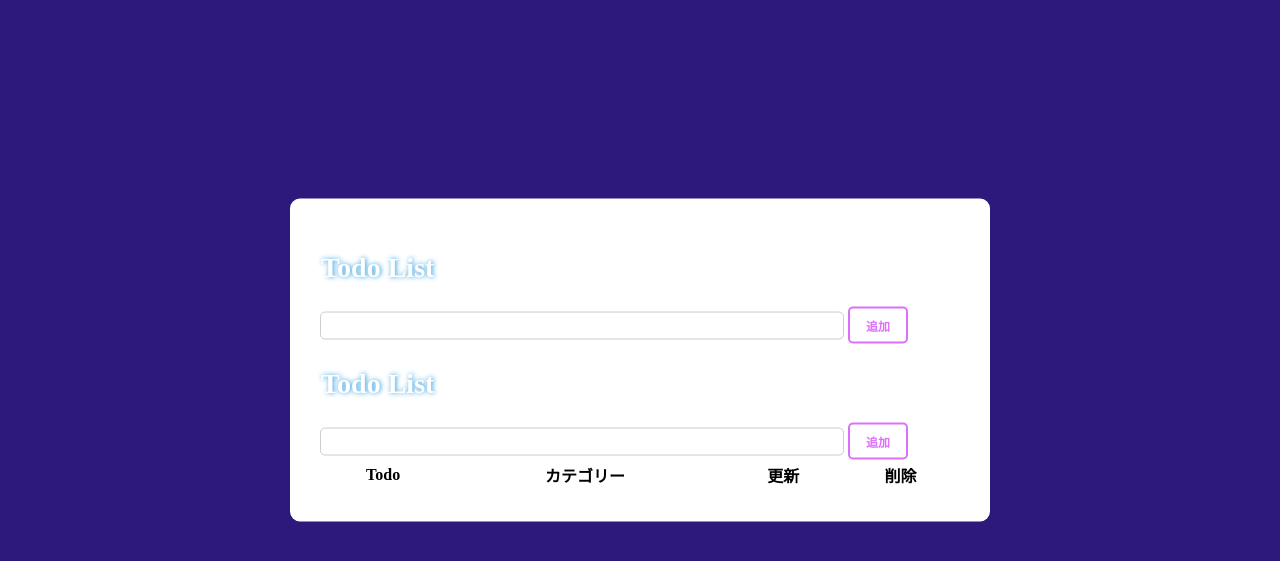
Repository: azuma2/cate
Page: http://localhost/
An editor plug-in stored every save of this project. The page is shown before and after the next save, followed by the edit.
The browser window is 1280 px wide. The pictures show the whole page.
The page is served by the project's Laravel application, run on PHP 8.4 with Laravel 8. Other server files are loaded and not shown. Queries for data that is not in the repository find no rows.

Above is the page before, as saved 2022-05-07 20:52:09.

### routes/web.php
<?php

use Illuminate\Support\Facades\Route;
use App\Http\Controllers\TodoController;
use App\Http\Controllers\CateController;


Route::get('/', [TodoController::class, 'index']);
Route::post('/todo/create', [TodoController::class, 'create']);
Route::post('/todo/update', [TodoController::class, 'update']);
Route::post('/todo/delete', [TodoController::class, 'remove']);
Route::post('/todo/search', [TodoController::class, 'search']);
Route::post('/cate/create', [CateController::class, 'post']);
Route::post('/cate/update', [CateController::class, 'update']);
Route::post('/cate/delete', [CateController::class, 'remove']);
Route::post('/cate/search', [CateController::class, 'search']);

### app/Http/Controllers/TodoController.php
<?php

namespace App\Http\Controllers;

use App\Models\Todo;
use App\Models\Cate;
use Illuminate\Http\Request;
use Illuminate\Support\Facades\DB;

class TodoController extends Controller
{
    public function index()
    {
        $items = Todo::all();
        $items = DB::select('select * from todos');

        return view('index', ['items' => $items]);
    }

    public function create(Request $request)
    {
        $param = ['content' => $request->content,];
        $this->validate($request, Todo::$rules);

        DB::insert('insert into todos (content) values (:content)', $param);
        return redirect('/');
    }

    public function update(Request $request)
    {
         $param = [
            'id' => $request->id,
            'content' => $request->content,

        ];
        $this->validate($request, Todo::$rules);
        DB::update('update todos set content =:content where id =:id', $param);
        return redirect('/');
    }

    public function remove(Request $request)
    {
        $param = ['id' => $request->id];
        DB::delete('delete from todos where id =:id', $param);
        return redirect('/');
    }

}

### app/Models/todo.php
<?php


namespace App\Models;

use Illuminate\Database\Eloquent\Factories\HasFactory;
use Illuminate\Database\Eloquent\Model;
use App\Models\Cate;

class Todo extends Model
{
    use HasFactory;

    protected $fillable = ['cate_id', 'content'];

    public static $rules = array(
        'cate_id' => 'text',
        'content' => 'required|max:20',
    );

    public function cate(){
        return $this->belongsTo('App\Models\cate');
    }


}

### resources/views/index.blade.php
<!DOCTYPE html>
<html lang="ja">
<head>
    <meta charset="UTF-8">
    <meta http-equiv="X-UA-Compatible" content="IE=edge">
    <meta name="viewport" content="width=device-width, initial-scale=1.0">
    <link rel="stylesheet" href="{{ asset('\resources\views\layouts\reset.css') }}" >
    <title>@yield('title')</title>
    <style>
    body {
      font-size:16px;
      margin: 5px;
      background-color: #2d197c;
    }

    td {
      padding: 5px 10px;
      text-align: center;
    }

    .narabe{
      display:flex;
        flex-flow: column;
    }

    .button {
    text-align: left;
    border: 2px solid #dc70fa;
    font-size: 12px;
    color: #dc70fa;
    background-color: #fff;
    font-weight: bold;
    padding: 8px 16px;
    border-radius: 5px;
    cursor: pointer;
    transition: 0.4s;
    outline: none;
}
.input-add {
    width: 80%;
    padding: 5px;
    border-radius: 5px;
    border: 1px solid #ccc;
    appearance: none;
    font-size: 14px;
    outline: none;
}
.input-update {
    width: 90%;
    padding: 5px;
    border-radius: 5px;
    border: 1px solid #ccc;
    appearance: none;
    font-size: 14px;
    outline: none;
}
    .card {
    background-color: #fff;
    width: 50vw;
    padding: 30px;
    position: absolute;
    top: 50%;
    left: 50%;
    transform: translate(-50%, -50%);
    border-radius: 10px;
}
    h2 {
      font-size:28px;
      color:white;
      text-shadow:1px 0 5px #289ADC;
      margin-left: 1px
    }
    .content {
      margin:10px;
    }
    </style>
  </head>
  <body>
  <div class="container">
    <div class="card">
      <h2 class="title">Todo List</h2>
            <div class="todo">
              @if ($errors->has('content'))
                  <tr>
                    <th>ERROR</th>
                  <td>
                  {{$errors->first('content')}}
                </td>
            </tr>
          @endif
        <form action="/todo/create" method="post">
            @csrf
          <input type="text" class="input-add" name="content" />
          <input class="button" type="submit" value="追加" />
        </form>
      <h2 class="title">Todo List</h2>
            <div class="todo">
              @if ($errors->has('content'))
                  <tr>
                    <th>ERROR</th>
                  <td>
                  {{$errors->first('content')}}
                </td>
            </tr>
          @endif
        <form action="/todo/create" method="post">
            @csrf
          <input type="text" class="input-add" name="content" />
          <input class="button" type="submit" value="追加" />
        </form>
          <div class="narabe">
        <table>
            @csrf
          <tr>
            <th>Todo</th>
            <th>カテゴリー</th>
            <th>更新</th>
            <th>削除</th>
          </tr>

                    <tr>
            @foreach ($items as $item)

            <td>

            </td>

            <form action="/todo/update" method="post">
              @csrf
              <td>
                <input type="text" class="input-update" value="{{$item->content}}" name="content" />
              </td>
              <td>
                <input type="hidden"  name="id" value="{{$item->id}}">
                <input class="button" type="submit" value="更新" >
              </td>
            </form>
            <td>
              <form action="/todo/delete" method="post" >
                    @csrf
                <input  type="hidden" name="id" value="{{$item->id}}" >
                <input class="button" type="submit" value="削除" >
              </form>
            </td>
            </div>
          </tr>
          @endforeach
                  </table>
      </div>
    </div>
  </div>
  </div>

</body>
</html>

### resources/views/reset.css
/*
html5doctor.com Reset Stylesheet
v1.6.1
Last Updated: 2010-09-17
Todo: Richard Clark - http://richclarkdesign.com
Twitter: @rich_clark
*/

html, body, div, span, object, iframe,
h1, h2, h3, h4, h5, h6, p, blockquote, pre,
abbr, address, cite, code,
del, dfn, em, img, ins, kbd, q, samp,
small, strong, sub, sup, var,
b, i,
dl, dt, dd, ol, ul, li,
fieldset, form, label, legend,
table, caption, tbody, tfoot, thead, tr, th, td,
article, aside, canvas, details, figcaption, figure,
footer, header, hgroup, menu, nav, section, summary,
time, mark, audio, video {
    margin:0;
    padding:0;
    border:0;
    outline:0;
    font-size:100%;
    vertical-align:baseline;
    background:transparent;
}

body {
    line-height:1;
}

article,aside,details,figcaption,figure,
footer,header,hgroup,menu,nav,section {
    display:block;
}

nav ul {
    list-style:none;
}

blockquote, q {
    quotes:none;
}

blockquote:before, blockquote:after,
q:before, q:after {
    content:'';
    content:none;
}

a {
    margin:0;
    padding:0;
    font-size:100%;
    vertical-align:baseline;
    background:transparent;
}

/* change colours to suit your needs */
ins {
    background-color:#ff9;
    color:#000;
    text-decoration:none;
}

/* change colours to suit your needs */
mark {
    background-color:#ff9;
    color:#000;
    font-style:italic;
    font-weight:bold;
}

del {
    text-decoration: line-through;
}

abbr[title], dfn[title] {
    border-bottom:1px dotted;
    cursor:help;
}

table {
    border-collapse:collapse;
    border-spacing:0;
}

/* change border colour to suit your needs */
hr {
    display:block;
    height:1px;
    border:0;
    border-top:1px solid #cccccc;
    margin:1em 0;
    padding:0;
}

input, select {
    vertical-align:middle;
}

Loaded but not shown: app/Http/Controllers/Controller.php (common file)

After the next save:
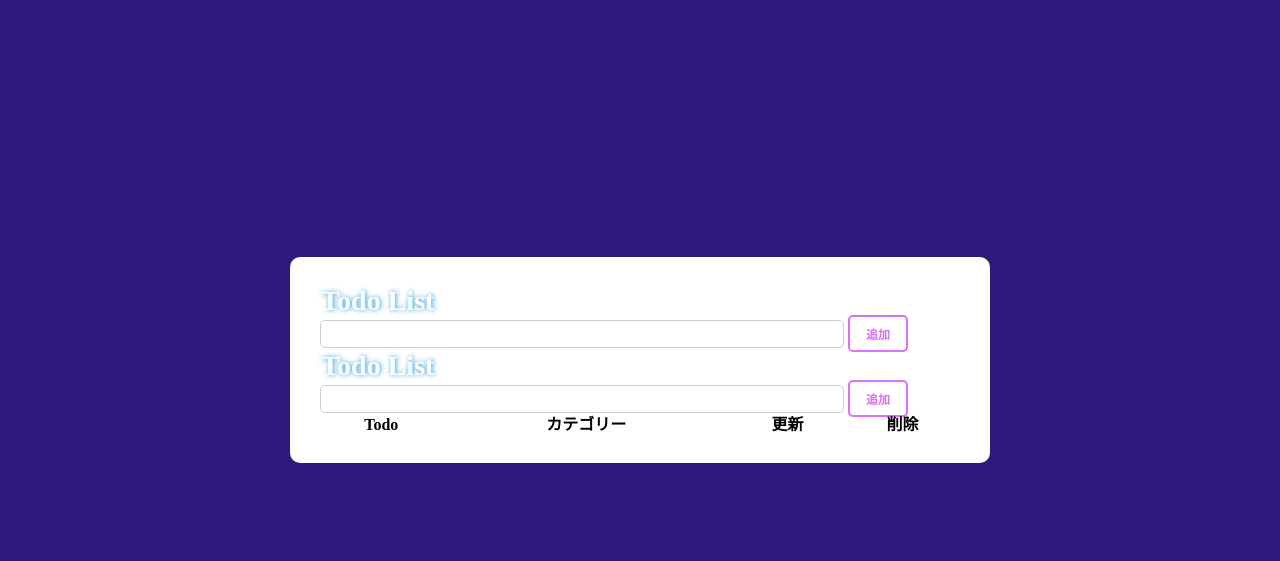
Saved 2 min 19 s later.
--- a/resources/views/index.blade.php
+++ b/resources/views/index.blade.php
@@ -4,7 +4,7 @@
     <meta charset="UTF-8">
     <meta http-equiv="X-UA-Compatible" content="IE=edge">
     <meta name="viewport" content="width=device-width, initial-scale=1.0">
-    <link rel="stylesheet" href="{{ asset('\resources\views\layouts\reset.css') }}" >
+    <link rel="stylesheet" href="{{ asset('\resources\views\reset.css') }}" >
     <title>@yield('title')</title>
     <style>
     body {
